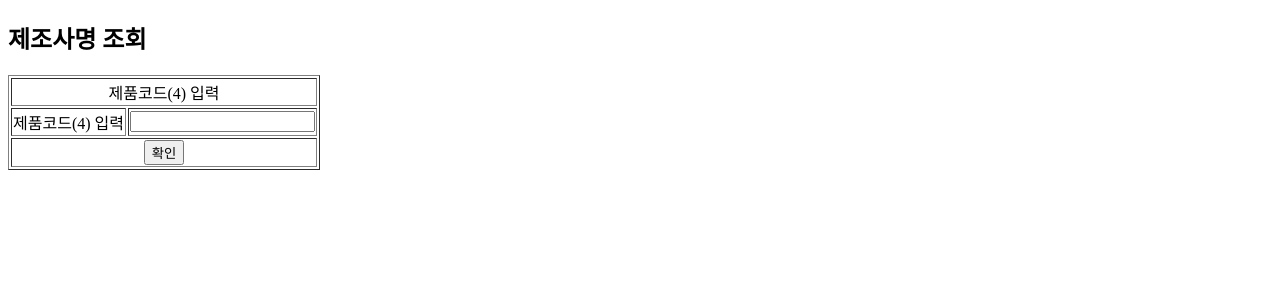
Repository: yyb03054/initProject
Page: http://localhost/examination/
An editor plug-in stored every save of this project. The page is shown before and after the next save, followed by the edit.
The browser window is 1280 px wide. The pictures show the whole page.
The page is served by Tomcat 9.

Above is the page before, as saved 2022-02-10 02:42:18.

After the next save:
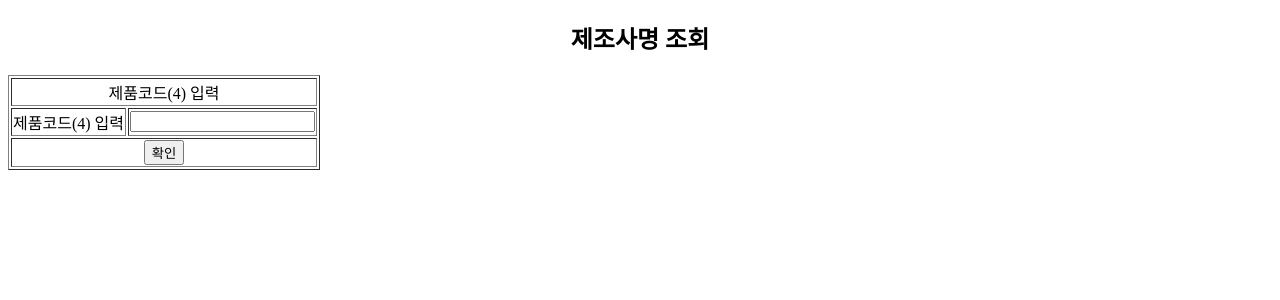
Saved 12 s later.
--- a/examination/WebContent/index.jsp
+++ b/examination/WebContent/index.jsp
@@ -7,7 +7,7 @@
 <title>Insert title here</title>
 </head>
 <body>
-				<h2>제조사명 조회</h2>
+				<h2 align="center">제조사명 조회</h2>
 	   <table border="1">
 	   				<tr>
 	   								<td colspan="2" align="center">
